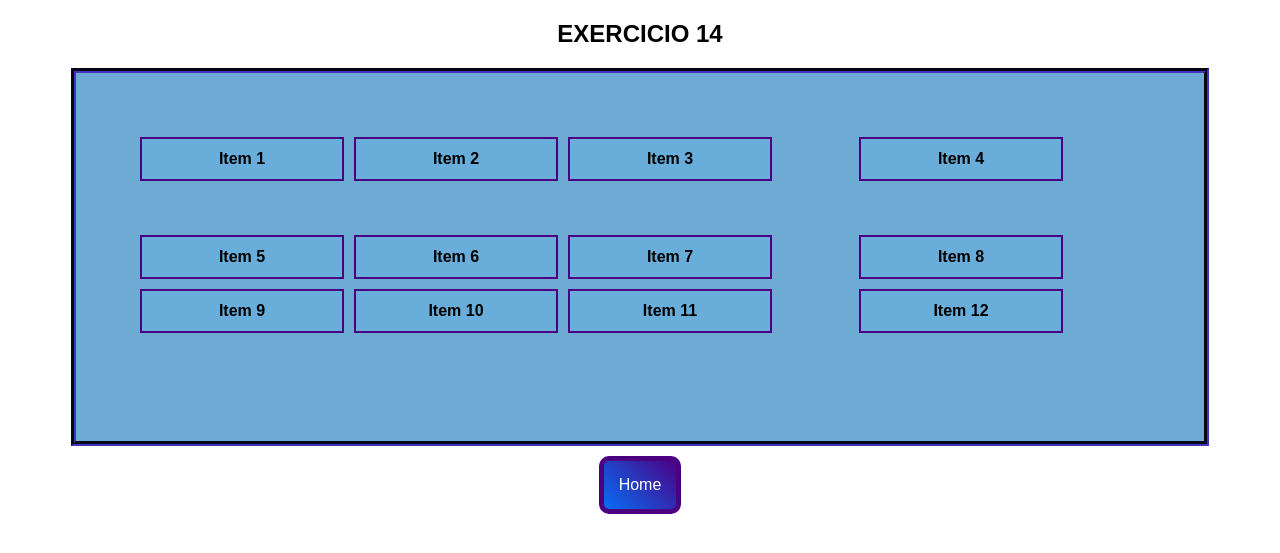
Repository: Elianmrey/TP1-Mobile-First
Page: EXERCISES/EX_14/index.html
An editor plug-in stored every save of this project. The page is shown before and after a run of saves, followed by the edit.
The browser window is 1280 px wide. The pictures show the whole page.

Above is the page before, as saved 2024-08-05 16:57:39.

### EXERCISES/EX_14/index.html
<!DOCTYPE html>
<html lang="en">

<head>
  <link href="style.css" rel="stylesheet" type="text/css" />
  <meta charset="UTF-8">
  <meta name="viewport" content="width=device-width, initial-scale=1.0">
  <title>Document</title>
</head>

<body>

  <div class="titulo">
    <h2>EXERCICIO 14</h2>
  </div>

  <div class="container-principal">

    <div class="item">Item 1</div>
    <div class="item">Item 2</div>
    <div class="item">Item 3 </div>

    <div class="item">Item 4</div>
    <div class="item">Item 5</div>
    <div class="item">Item 6 </div>

    <div class="item">Item 7</div>
    <div class="item">Item 8 </div>
    <div class="item">Item 9 </div>

    <div class="item">Item 10</div>
    <div class="item">Item 11</div>
    <div class="item">Item 12</div>

  </div>

  <a href="../../index.html" class="link-home">Home</a>
</body>

</html>

### EXERCISES/EX_14/style.css
body
{
display: flex ;
flex-direction: column;
margin: 0;
padding: 0;
font-family: sans-serif;
justify-content: center;
align-items:center;
}
.titulo
{
  text-align: center;
}

.container-principal
{
  display: grid;
  grid-template-columns:  1fr 1fr 2fr 2fr;
  grid-template-rows:  2fr 1fr 2fr;
  justify-content: center;
  gap: 10px;
  border: groove 5px rgb(36, 29, 107);
  padding: 5%;
  width: 1000px;
  background-color: rgb(109, 171, 212);
}
/* .container-central
{
  display: flex;
  flex-direction: row;
  flex-wrap: wrap;
  border: groove 5px blue;
  gap: 10px;
  width: 750px;
  height: 200px;
  justify-content: space-around;
  align-items: center;
  background-color: rgb(148, 120, 224);
}*/
 .item
 {
display: flex;
justify-content: center;
align-items: center;
width: 200px;
height: 40px;
list-style: none;
font-family: sans-serif;
font-weight: 600;
border: solid 2px indigo;
 background-color: rgb(105, 173, 218);
}


.link-home
{
  margin-top: auto;
  margin: 10px;
  padding: 15px;
  text-decoration: none;
  color: white;
  border: solid 5px indigo;
  border-radius: 10px;;
  background: linear-gradient(45deg, rgb(6, 110, 245), rgb(74, 1, 133))
}

After the next 2 saves:
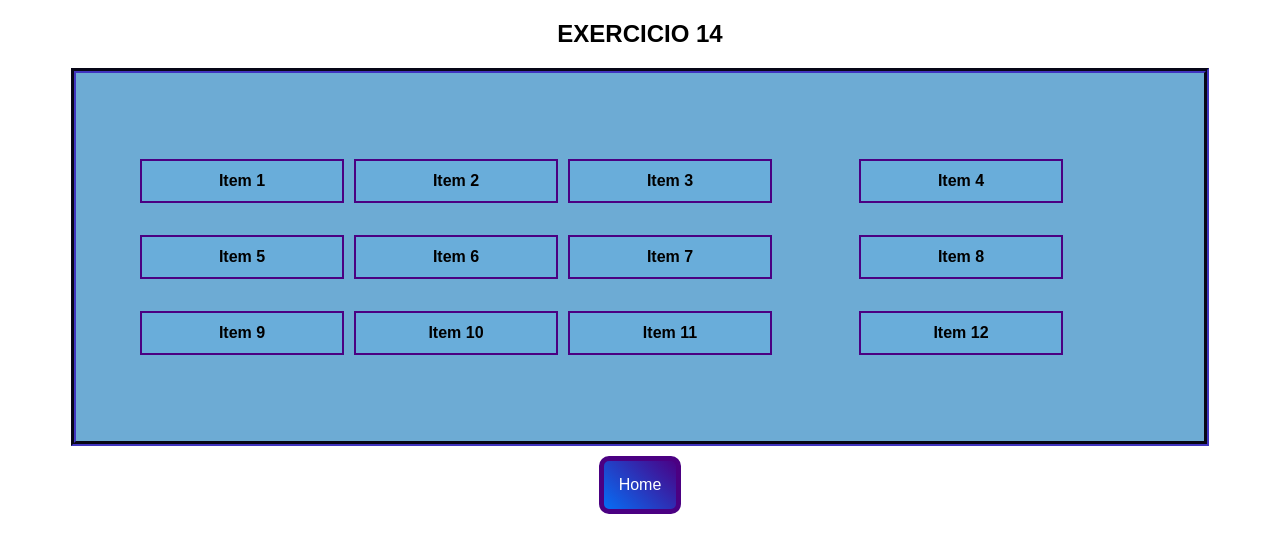
The 2 saves are shown as one change because they came seconds apart.
The last was saved 45 s later.
--- a/EXERCISES/EX_14/style.css
+++ b/EXERCISES/EX_14/style.css
@@ -24,6 +24,8 @@ align-items:center;
   padding: 5%;
   width: 1000px;
   background-color: rgb(109, 171, 212);
+  justify-content: space-around;
+  align-items: center;
 }
 /* .container-central
 {
@@ -34,8 +36,7 @@ align-items:center;
   gap: 10px;
   width: 750px;
   height: 200px;
-  justify-content: space-around;
-  align-items: center;
+
   background-color: rgb(148, 120, 224);
 }*/
  .item
